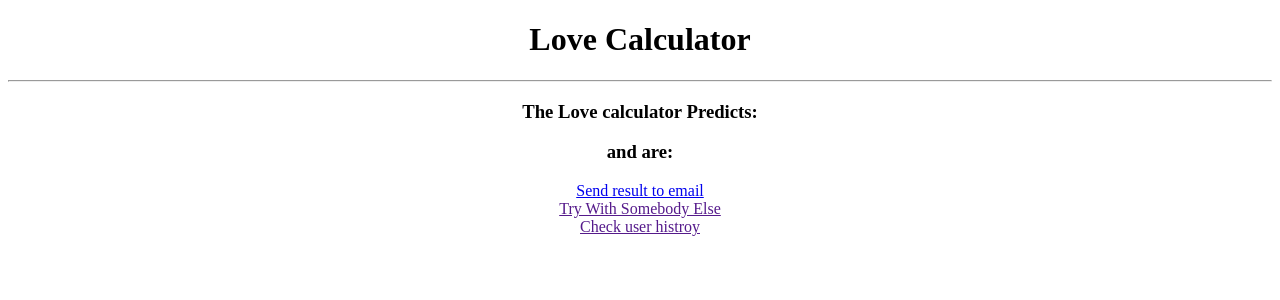
Repository: Ramakrishnmagadum/Testing_Branch
Page: http://localhost/MVC_Love_Calculator/WEB-INF/view/process-page.jsp
An editor plug-in stored every save of this project. The page is shown before and after the next save, followed by the edit.
The browser window is 1280 px wide. The pictures show the whole page.
The page is served by Tomcat 9. Nobody is signed in. Other server files are loaded and not shown. The template is opened directly, without the code that normally fills it, so the values that code supplies are empty.

Above is the page before, as saved 2025-05-06 01:35:42.

### MVC_Love_Calculator/src/main/webapp/WEB-INF/view/process-page.jsp
<%@ page language="java" contentType="text/html; charset=ISO-8859-1"
	pageEncoding="ISO-8859-1" isELIgnored="false"%>
<%@ taglib uri="http://java.sun.com/jsp/jstl/core" prefix="c"%>

<!DOCTYPE html>
<html>
<head>
<meta charset="ISO-8859-1">
<title>Result Page</title>
</head>
<body>

	<h1 align="center">Love Calculator</h1>
	<hr>
	<div align="center">
		<h3>The Love calculator Predicts:</h3>
		<!-- this by @RequestParam  -->
		<%-- <p>${uname} and ${cname} you both are: </p> --%>

		<!--  passing StudentBean Object Ref -->
		<h3>${student.username}and ${student.crushname} are: ${message}</h3>

		<!-- /MVC_Love_Calculator/sendemail/{student.username}  here we are passing the dynamic Url , this we can handle by @PathVarible-->
		<a href="/MVC_Love_Calculator/sendemail"> Send result to email</a><br>
		<a href=""> Try With Somebody Else</a><br> <a href=""> Check
			user histroy</a>
	</div>

</body>
</html>

After the next save:
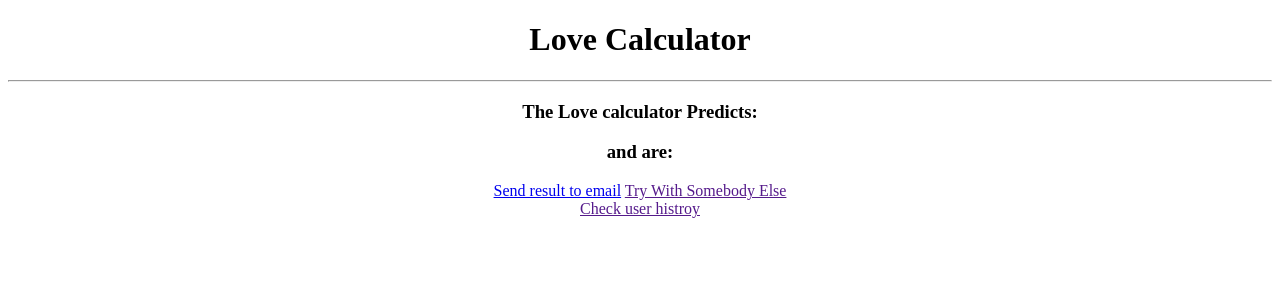
Saved 2 min 17 s later.
--- a/MVC_Love_Calculator/src/main/webapp/WEB-INF/view/process-page.jsp
+++ b/MVC_Love_Calculator/src/main/webapp/WEB-INF/view/process-page.jsp
@@ -21,7 +21,10 @@
 		<h3>${student.username}and ${student.crushname} are: ${message}</h3>
 
 		<!-- /MVC_Love_Calculator/sendemail/{student.username}  here we are passing the dynamic Url , this we can handle by @PathVarible-->
-		<a href="/MVC_Love_Calculator/sendemail"> Send result to email</a><br>
+
+<!-- 		<a href="/MVC_Love_Calculator/sendemail"> Send result to email</a><br> -->
+<!-- If cokkies are disabled then to track this will use  -->
+		<a href = "<c:url value = "/MVC_Love_Calculator/sendemail"/>">Send result to email</a>
 		<a href=""> Try With Somebody Else</a><br> <a href=""> Check
 			user histroy</a>
 	</div>
